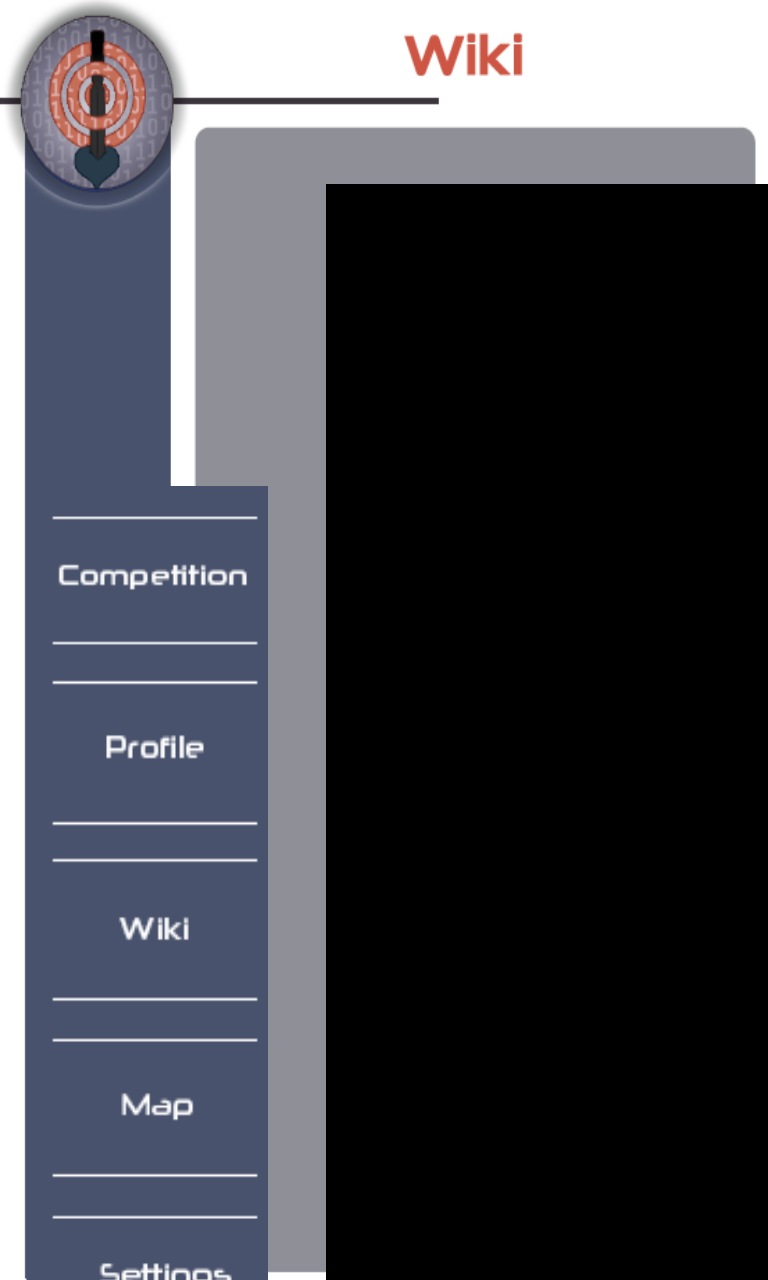
Repository: BU-HuangJ/angrybots_android_app
Layout: workspace/AngryBots/res/layout/activity_robot_wiki.xml
An editor plug-in stored every save of this project. The layout is shown before and after the next save, followed by the edit.
It is drawn on a 768 x 1280 px phone screen (xhdpi) without system bars, with theme AppTheme; the app's code is not run. Lists and similar views that code fills are empty.

Above is the layout before, as saved 2013-04-24 10:39:34.

### workspace/AngryBots/res/layout/activity_robot_wiki.xml
<AbsoluteLayout xmlns:android="http://schemas.android.com/apk/res/android"
    xmlns:tools="http://schemas.android.com/tools"
    android:layout_width="match_parent"
    android:layout_height="match_parent"
    android:background="@drawable/robot_static_wiki"
    tools:context=".RobotWiki" >

	<include android:id="@+id/side_bar" layout="@layout/robot_sidebar" />

	<LinearLayout
	    android:id="@+id/robot_wiki_buttons_bar"
	    android:layout_width="437dp"
	    android:layout_height="747dp"
	    android:layout_x="153dp"
	    android:layout_y="82dp"
	    android:orientation="vertical"
	    android:weightSum="7" >

	    <LinearLayout
	        android:layout_width="fill_parent"
	        android:layout_height="wrap_content"
            android:layout_weight="1"
	        android:orientation="horizontal" >
	        <ImageButton
	            android:layout_width="0dp"
	            android:layout_height="fill_parent"
	            android:layout_weight=".25"
	            android:layout_margin="16dp"
	            android:background="@drawable/a_button"
	            android:onClick="a_button" />
	        <ImageButton
	            android:layout_width="0dp"
	            android:layout_height="fill_parent"
	            android:layout_weight=".25"
	            android:layout_margin="16dp"
	            android:background="@drawable/b_button"
	            android:onClick="b_button" />
	        <ImageButton
	            android:layout_width="0dp"
	            android:layout_height="fill_parent"
	            android:layout_weight=".25"
	            android:layout_margin="16dp"
	            android:background="@drawable/c_button"
	            android:onClick="c_button" />
	        <ImageButton
	            android:layout_width="0dp"
	            android:layout_height="fill_parent"
	            android:layout_weight=".25"
	            android:layout_margin="16dp"
	            android:background="@drawable/d_button"
	            android:onClick="d_button" />
	    </LinearLayout>

	    <LinearLayout
	        android:layout_width="fill_parent"
	        android:layout_height="wrap_content"
            android:layout_weight="1"
	        android:gravity="center"
	        android:orientation="horizontal" >
	        <ImageButton
	            android:layout_width="0dp"
	            android:layout_height="fill_parent"
	            android:layout_weight=".25"
	            android:layout_margin="16dp"
	            android:background="@drawable/e_button"
	            android:onClick="e_button" />
	        <ImageButton
	            android:layout_width="0dp"
	            android:layout_height="fill_parent"
	            android:layout_weight=".25"
	            android:layout_margin="16dp"
	            android:background="@drawable/f_button"
	            android:onClick="f_button" />
	        <ImageButton
	            android:layout_width="0dp"
	            android:layout_height="fill_parent"
	            android:layout_weight=".25"
	            android:layout_margin="16dp"
	            android:background="@drawable/g_button"
	            android:onClick="g_button" />
	        <ImageButton
	            android:layout_width="0dp"
	            android:layout_height="fill_parent"
	            android:layout_weight=".25"
	            android:layout_margin="16dp"
	            android:background="@drawable/h_button"
	            android:onClick="h_button" />
	    </LinearLayout>

	    <LinearLayout
	        android:layout_width="fill_parent"
	        android:layout_height="wrap_content"
            android:layout_weight="1"
	        android:gravity="center"
	        android:orientation="horizontal" >
	        <ImageButton
	            android:layout_width="0dp"
	            android:layout_height="fill_parent"
	            android:layout_weight=".25"
	            android:layout_margin="16dp"
	            android:background="@drawable/i_button"
	            android:onClick="i_button" />
	        <ImageButton
	            android:layout_width="0dp"
	            android:layout_height="fill_parent"
	            android:layout_weight=".25"
	            android:layout_margin="16dp"
	            android:background="@drawable/j_button"
	            android:onClick="j_button" />
	        <ImageButton
	            android:layout_width="0dp"
	            android:layout_height="fill_parent"
	            android:layout_weight=".25"
	            android:layout_margin="16dp"
	            android:background="@drawable/k_button"
	            android:onClick="k_button" />
	        <ImageButton
	            android:layout_width="0dp"
	            android:layout_height="fill_parent"
	            android:layout_weight=".25"
	            android:layout_margin="16dp"
	            android:background="@drawable/l_button"
	            android:onClick="l_button" />
	    </LinearLayout>

	    <LinearLayout
	        android:layout_width="fill_parent"
	        android:layout_height="wrap_content"
            android:layout_weight="1"
	        android:gravity="center"
	        android:orientation="horizontal" >
	        <ImageButton
	            android:layout_width="0dp"
	            android:layout_height="fill_parent"
	            android:layout_weight=".25"
	            android:layout_margin="16dp"
	            android:background="@drawable/m_button"
	            android:onClick="m_button" />
	        <ImageButton
	            android:layout_width="0dp"
	            android:layout_height="fill_parent"
	            android:layout_weight=".25"
	            android:layout_margin="16dp"
	            android:background="@drawable/n_button"
	            android:onClick="n_button" />
	        <ImageButton
	            android:layout_width="0dp"
	            android:layout_height="fill_parent"
	            android:layout_weight=".25"
	            android:layout_margin="16dp"
	            android:background="@drawable/o_button"
	            android:onClick="o_button" />
	        <ImageButton
	            android:layout_width="0dp"
	            android:layout_height="fill_parent"
	            android:layout_weight=".25"
	            android:layout_margin="16dp"
	            android:background="@drawable/p_button"
	            android:onClick="p_button" />
	    </LinearLayout>

	    <LinearLayout
	        android:layout_width="fill_parent"
	        android:layout_height="wrap_content"
            android:layout_weight="1"
	        android:gravity="center"
	        android:orientation="horizontal" >
	        <ImageButton
	            android:layout_width="0dp"
	            android:layout_height="fill_parent"
	            android:layout_weight=".25"
	            android:layout_margin="16dp"
	            android:background="@drawable/q_button"
	            android:onClick="q_button" />
	        <ImageButton
	            android:layout_width="0dp"
	            android:layout_height="fill_parent"
	            android:layout_weight=".25"
	            android:layout_margin="16dp"
	            android:background="@drawable/r_button"
	            android:onClick="r_button" />
	        <ImageButton
	            android:layout_width="0dp"
	            android:layout_height="fill_parent"
	            android:layout_weight=".25"
	            android:layout_margin="16dp"
	            android:background="@drawable/s_button"
	            android:onClick="s_button" />
	        <ImageButton
	            android:layout_width="0dp"
	            android:layout_height="fill_parent"
	            android:layout_weight=".25"
	            android:layout_margin="16dp"
	            android:background="@drawable/t_button"
	            android:onClick="t_button" />
	    </LinearLayout>

	    <LinearLayout
	        android:layout_width="fill_parent"
	        android:layout_height="wrap_content"
            android:layout_weight="1"
	        android:gravity="center"
	        android:orientation="horizontal" >
	        <ImageButton
	            android:layout_width="0dp"
	            android:layout_height="fill_parent"
	            android:layout_weight=".25"
	            android:layout_margin="16dp"
	            android:background="@drawable/u_button"
	            android:onClick="u_button" />
	        <ImageButton
	            android:layout_width="0dp"
	            android:layout_height="fill_parent"
	            android:layout_weight=".25"
	            android:layout_margin="16dp"
	            android:background="@drawable/v_button"
	            android:onClick="v_button" />
	        <ImageButton
	            android:layout_width="0dp"
	            android:layout_height="fill_parent"
	            android:layout_weight=".25"
	            android:layout_margin="16dp"
	            android:background="@drawable/w_button"
	            android:onClick="w_button" />
	        <ImageButton
	            android:layout_width="0dp"
	            android:layout_height="fill_parent"
	            android:layout_weight=".25"
	            android:layout_margin="16dp"
	            android:background="@drawable/x_button"
	            android:onClick="x_button" />
	    </LinearLayout>

	    <LinearLayout
	        android:layout_width="fill_parent"
	        android:layout_height="wrap_content"
            android:layout_weight="1"
	        android:gravity="center"
	        android:orientation="horizontal" >
	        <ImageButton
	            android:layout_width="0dp"
	            android:layout_height="fill_parent"
	            android:layout_weight=".25"
	            android:layout_margin="16dp"
       		 	android:background="@android:color/transparent" />
	        <ImageButton
	            android:layout_width="0dp"
	            android:layout_height="fill_parent"
	            android:layout_weight=".25"
	            android:layout_margin="16dp"
	            android:background="@drawable/y_button"
	            android:onClick="y_button" />
	        <ImageButton
	            android:layout_width="0dp"
	            android:layout_height="fill_parent"
	            android:layout_weight=".25"
	            android:layout_margin="16dp"
	            android:background="@drawable/z_button"
	            android:onClick="z_button" />
	        <ImageButton
	            android:layout_width="0dp"
	            android:layout_height="fill_parent"
	            android:layout_weight=".25"
	            android:layout_margin="16dp"
       		 	android:background="@android:color/transparent" />
	    </LinearLayout>
	</LinearLayout>

	<LinearLayout
	    android:layout_width="437dp"
	    android:layout_height="747dp"
	    android:layout_x="153dp"
	    android:layout_y="82dp"
	    android:padding="10dp" >

	    <ListView
			android:id="@+id/robot_codex_text_bar"
		    android:layout_width="fill_parent"
		    android:layout_height="fill_parent"
		    android:dividerHeight="10dp"
		    android:background="#000000"
		    android:drawSelectorOnTop="true"
		    android:layout_gravity="center"
		    android:scrollbarThumbVertical="@drawable/scrollbarbutton"
		    android:divider="@android:drawable/divider_horizontal_dim_dark" >

		</ListView>

	</LinearLayout>


</AbsoluteLayout>

### workspace/AngryBots/res/layout/robot_sidebar.xml
<?xml version="1.0" encoding="utf-8"?>
<LinearLayout xmlns:android="http://schemas.android.com/apk/res/android"
    android:layout_width="113dp"
    android:layout_height="446dp"
    android:layout_x="21dp"
    android:layout_y="243dp"
    android:orientation="vertical" >


	<ImageButton
	    android:id="@+id/imageButton1"
	    android:layout_width="fill_parent"
	    android:layout_height="0dp"
	    android:layout_weight=".2"
	    android:onClick="toRobotCompetitionPage"
	    android:background="@drawable/robot_competition_menubar" />

	<ImageButton
	    android:id="@+id/imageButton2"
	    android:layout_width="fill_parent"
	    android:layout_height="0dp"
	    android:layout_weight=".2"
	    android:onClick="toRobotProfilePage"
	    android:background="@drawable/robot_profile_menubar" />

	<ImageButton
	    android:id="@+id/imageButton3"
	    android:layout_width="fill_parent"
	    android:layout_height="0dp"
	    android:layout_weight=".2"
	    android:onClick="toRobotWikiPage"
	    android:background="@drawable/robot_wiki_menubar" />

	<ImageButton
	    android:id="@+id/imageButton4"
	    android:layout_width="fill_parent"
	    android:layout_height="0dp"
	    android:layout_weight=".2"
	    android:onClick="toRobotMapPage"
	    android:background="@drawable/robot_map_menubar" />

	<ImageButton
	    android:id="@+id/imageButton5"
	    android:layout_width="fill_parent"
	    android:layout_height="0dp"
	    android:layout_weight=".2"
	    android:onClick="toRobotSettingsPage"
	    android:background="@drawable/robot_setting_menubar" />

</LinearLayout>

### workspace/AngryBots/res/values/color.xml
<?xml version="1.0" encoding="utf-8"?>
<resources>
    <color name="purple_dark">#3C343C</color>
    <color name="grey">#8f9098</color>
    <color name="blue_dark">#49526b</color>
    <color name="blue_light">#575f77</color>
    <color name="red_dark">#973B2c</color>
    <color name="red_light">#cd5643</color>
    <color name="pink">#d89c93</color>
    <color name="black">#000000</color>
    <color name="white">#ffffff</color>
</resources>

Loaded but not shown: workspace/AngryBots/res/values/styles.xml (common file); workspace/AngryBots/res/values-v11/styles.xml (common file); workspace/AngryBots/res/values-v14/styles.xml (common file)

After the next save:
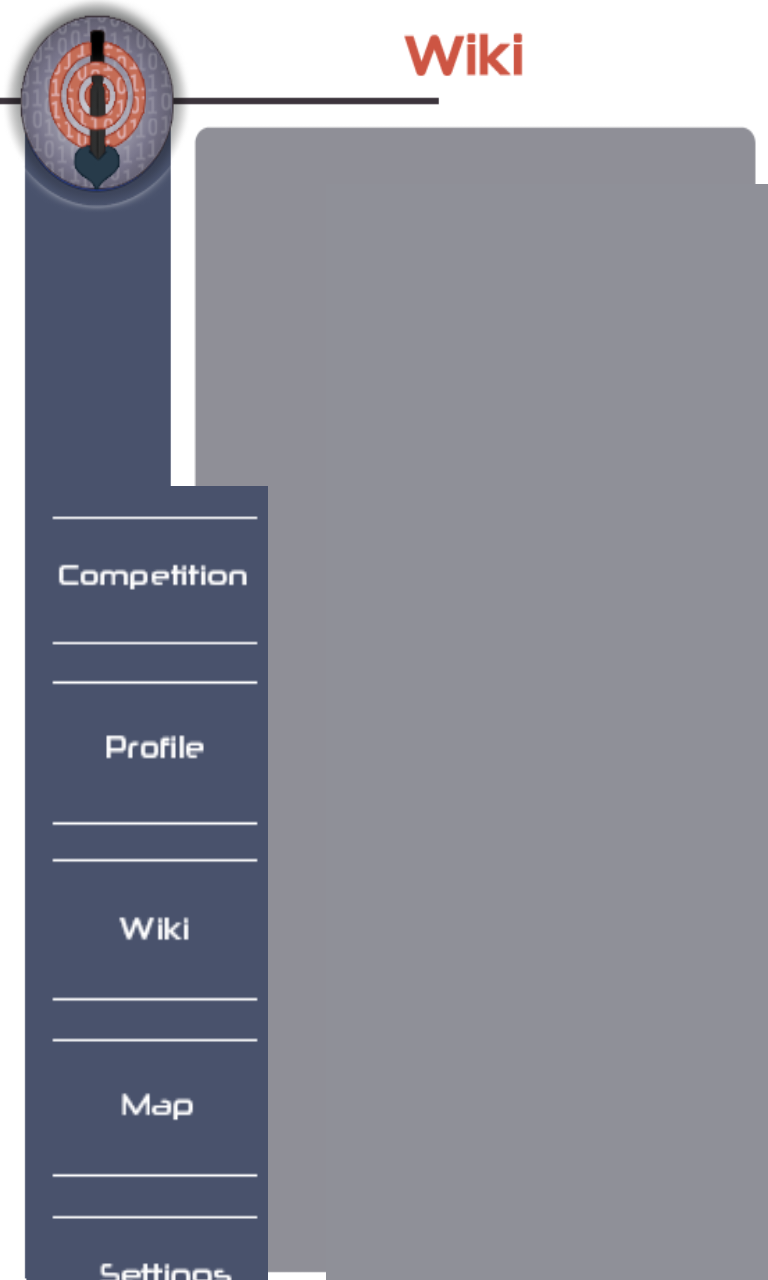
Saved 17 s later.
--- a/workspace/AngryBots/res/layout/activity_robot_wiki.xml
+++ b/workspace/AngryBots/res/layout/activity_robot_wiki.xml
@@ -278,7 +278,7 @@
 		    android:layout_width="fill_parent"
 		    android:layout_height="fill_parent"
 		    android:dividerHeight="10dp"
-		    android:background="#000000"
+		    android:background="@color/grey"
 		    android:drawSelectorOnTop="true"
 		    android:layout_gravity="center"
 		    android:scrollbarThumbVertical="@drawable/scrollbarbutton"
